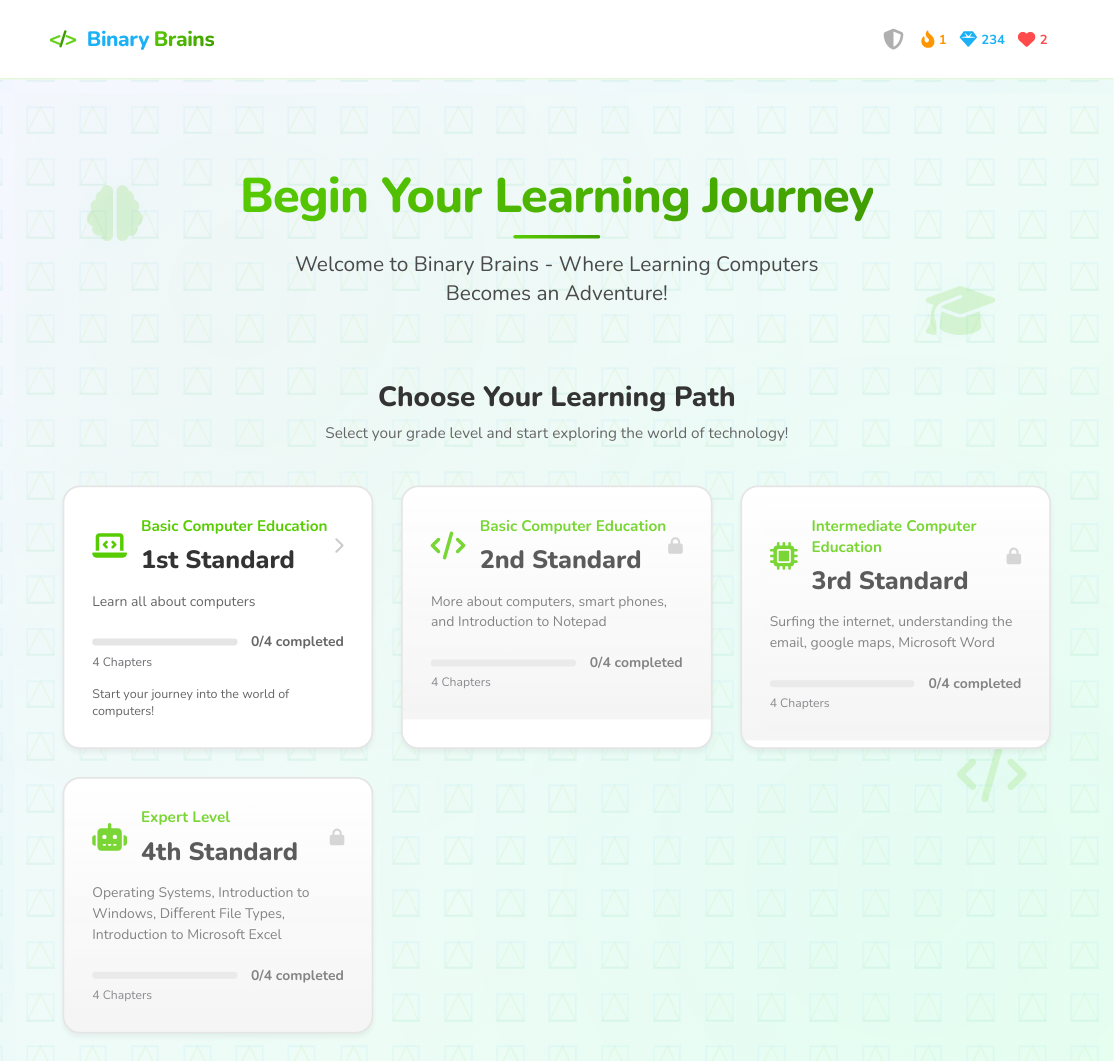
Repository: NeedFit-Agency/dattamsh
Page: /
An editor plug-in stored every save of this project. The page is shown before and after the next save, followed by the edit.
The browser window is 1280 px wide. The pictures show the whole page, at 87% of full size.
The project was rebuilt for these pictures with package versions that can differ from the ones it lists, and the page was loaded fresh each time. The framework's server and built-in components were replaced by stand-ins that run in the browser. Also part of the build but not shown: next.config.ts.

Above is the page before, as saved 2025-04-02 18:30:10.

After the next save:
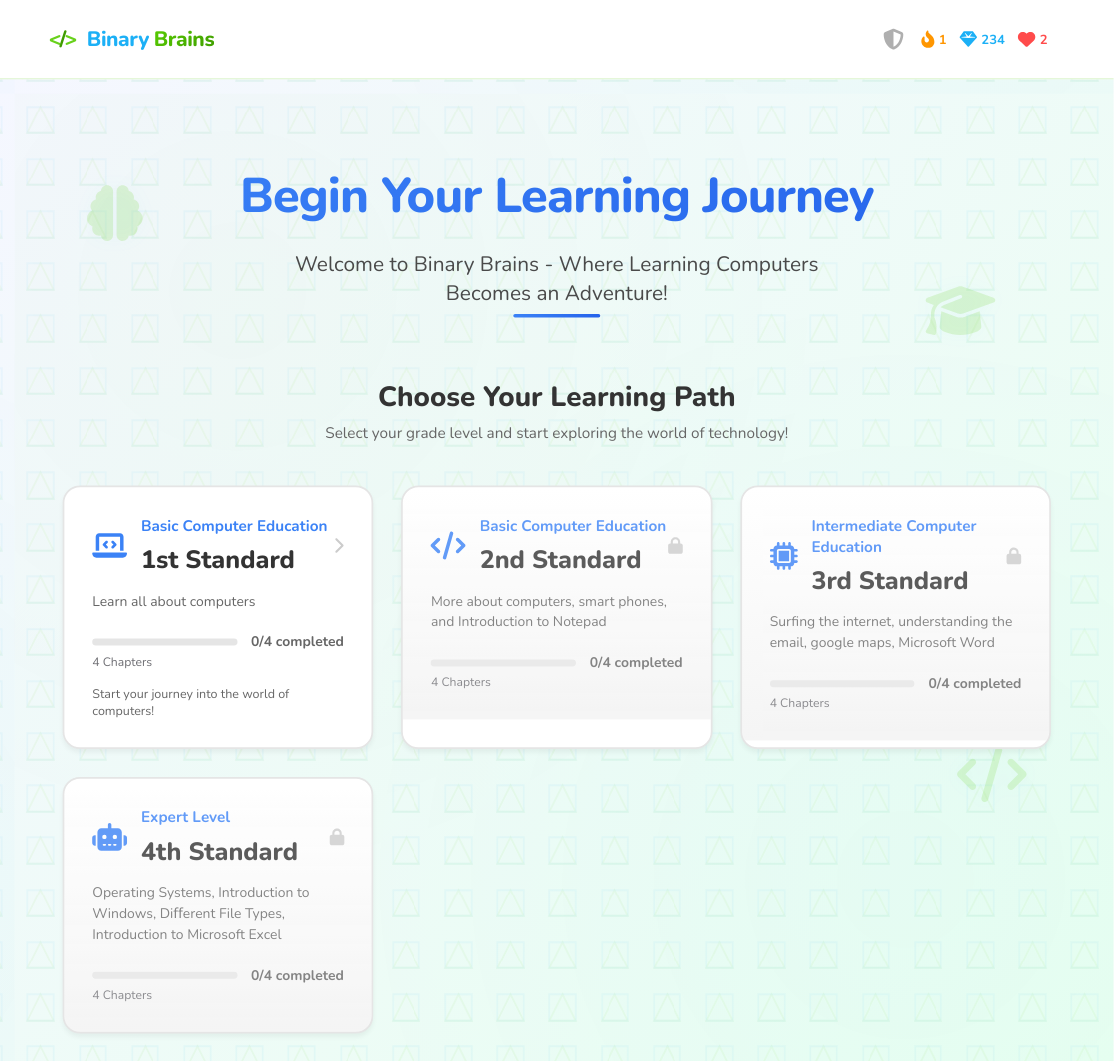
Saved 28 s later.
--- a/src/app/page.module.css
+++ b/src/app/page.module.css
@@ -85,13 +85,11 @@
 .heroTitle {
   font-size: 3.5rem;
   font-weight: 800;
-  background: linear-gradient(135deg, #58cc02, #3f9c00);
+  background: linear-gradient(135deg, #3b82f6, #2563eb);
   -webkit-background-clip: text;
   -webkit-text-fill-color: transparent;
   margin-bottom: 1.5rem;
   letter-spacing: -1px;
-  position: relative;
-  display: inline-block;
 }
 
 .heroTitle::after {
@@ -102,7 +100,7 @@
   transform: translateX(-50%);
   width: 100px;
   height: 4px;
-  background: linear-gradient(90deg, #58cc02, #3f9c00);
+  background: linear-gradient(90deg, #3b82f6, #2563eb);
   border-radius: 2px;
 }
 
@@ -158,7 +156,7 @@
   left: 0;
   right: 0;
   height: 6px;
-  background: linear-gradient(90deg, #58cc02, #3f9c00);
+  background: linear-gradient(90deg, #3b82f6, #2563eb);
   opacity: 0;
   transition: opacity 0.3s ease;
 }
@@ -214,7 +212,7 @@
 
 .subtitle {
   display: block;
-  color: #58cc02;
+  color: #3b82f6; /* Blue */
   font-weight: 600;
   margin-bottom: 0.5rem;
   font-size: 1.1rem;
@@ -267,7 +265,7 @@
 
 .progressFill {
   height: 100%;
-  background: linear-gradient(90deg, #58cc02, #3f9c00);
+  background: linear-gradient(90deg, #3b82f6, #2563eb);
   border-radius: 4px;
   transition: width 0.3s ease;
 }
@@ -289,11 +287,11 @@
 }
 
 .standardCard.active {
-  border-color: #58cc02;
+  border-color: #3b82f6;
 }
 
 .standardCard.active:hover {
-  border-color: #3f9c00;
+  border-color: #2563eb;
 }
 
 /* Add decorative elements */
@@ -315,7 +313,7 @@
 
 .standardIcon {
   font-size: 2rem;
-  color: #58cc02;
+  color: #3b82f6; /* Blue */
   margin-right: 1rem;
   transition: transform 0.3s ease;
 }
